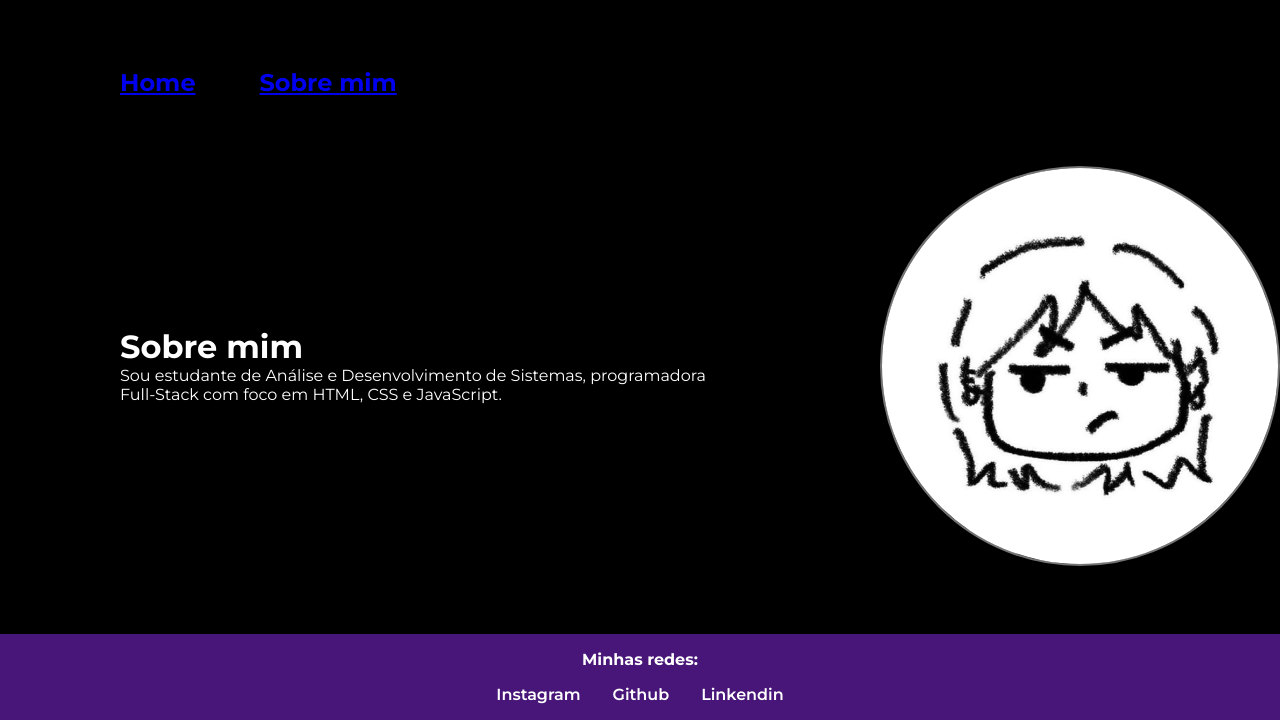
Repository: analessp/portfolio-developer
Page: index.html
These files come from the project's save history. The page is drawn as it stood at one moment and after the next save; the edit follows.
The browser window is 1280 px wide. The pictures show the whole page.

Above is the page before, as saved 2025-04-24 10:35:07.

After the next save:
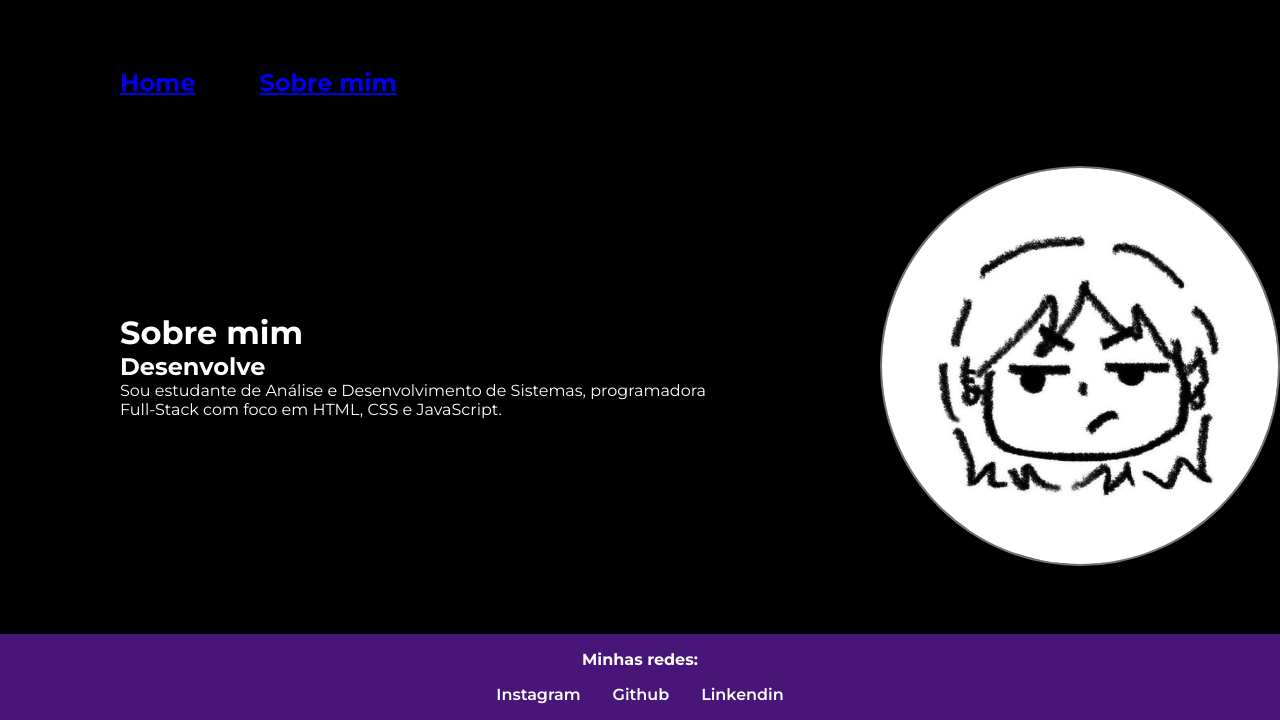
Saved 7 s later.
--- a/index.html
+++ b/index.html
@@ -24,7 +24,7 @@
         <div class="introduce">
             <span class="title">
             <h1>Sobre mim</h1>
-            <h2></h2>
+            <h2>Desenvolve</h2>
         </span>
             <p>Sou estudante de Análise e Desenvolvimento de Sistemas, programadora Full-Stack com foco em HTML, CSS e JavaScript.</p>
         </div>
